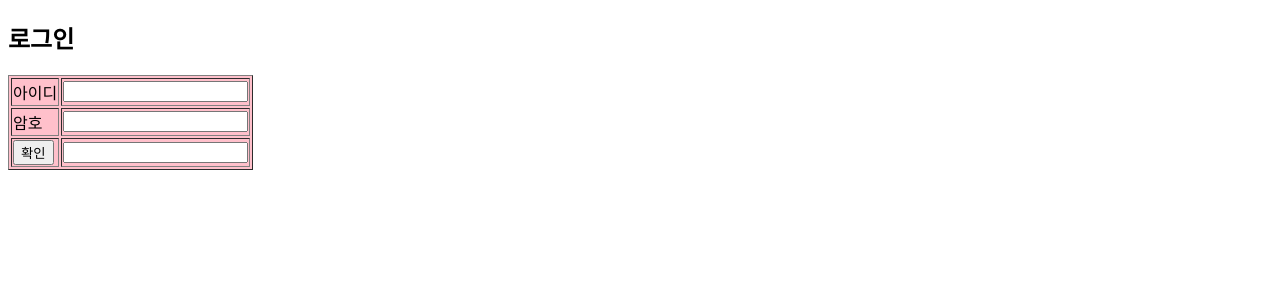
Repository: SongHyeSun/JSP
Page: http://localhost/och12/loginForm.jsp
These files come from the project's save history. The page is drawn as it stood at one moment and after the next save; the edit follows.
The browser window is 1280 px wide. The pictures show the whole page.
The page is served by Tomcat 9. Other server files are loaded and not shown.

Above is the page before, as saved 2024-07-22 07:32:56.

### jspSrc17/och12/src/main/webapp/loginForm.jsp
<%@ page language="java" contentType="text/html; charset=UTF-8"
    pageEncoding="UTF-8"%>
<!DOCTYPE html>
<html>
<head>
<meta charset="UTF-8">
<title>Insert title here</title>
<style type="text/css">
	table {
		background-color: pink;
	}
	tr {
		font-size: 24;
	}
</style>
</head>
<body>
	<h2>로그인</h2>
	<form action="loginPro.jsp" method="post">
		<table border="1">
			<tr>
				<td>아이디</td>
				<td><input type="text" name="id" required="required"></td>
			</tr>
			<tr>
				<td>암호</td>
				<td><input type="password" name="passwd" required="required"></td>
			</tr>
			<tr>
				<td><input type="submit" value="확인"></td>
				<td><input type="text" name="id" required="required"></td>
			</tr>
		</table>
	</form>
</body>
</html>

After the next save:
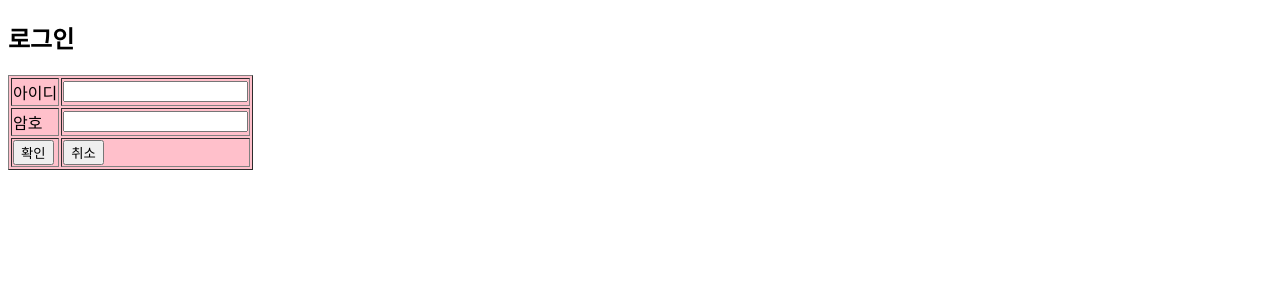
Saved 15 s later.
--- a/jspSrc17/och12/src/main/webapp/loginForm.jsp
+++ b/jspSrc17/och12/src/main/webapp/loginForm.jsp
@@ -28,7 +28,7 @@
 			</tr>
 			<tr>
 				<td><input type="submit" value="확인"></td>
-				<td><input type="text" name="id" required="required"></td>
+				<td><input type="reset" value="취소"></td>
 			</tr>
 		</table>
 	</form>
